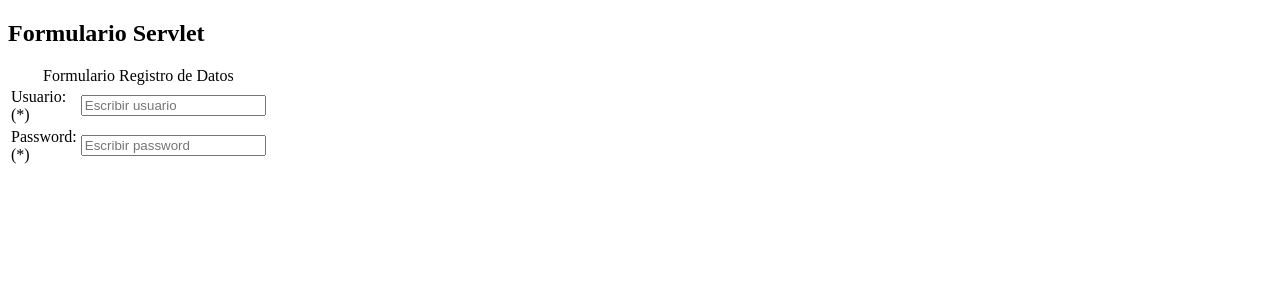
Repository: SRubiRosales/JavaBasico
Page: http://localhost/ManejoFormulariosHTML/
An editor plug-in stored every save of this project. The page is shown before and after the next save, followed by the edit.
The browser window is 1280 px wide. The pictures show the whole page.
The page is served by Tomcat 9.

Above is the page before, as saved 2022-04-25 22:17:56.

After the next save:
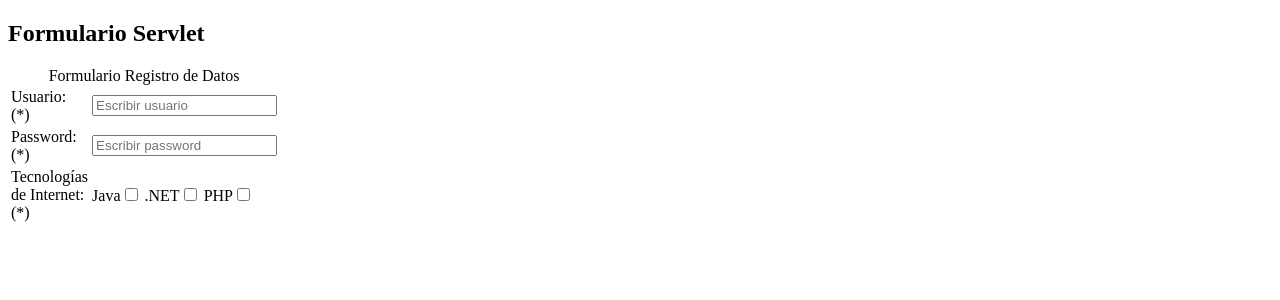
Saved 2 min 45 s later.
--- a/ManejoFormulariosHTML/src/main/webapp/index.jsp
+++ b/ManejoFormulariosHTML/src/main/webapp/index.jsp
@@ -24,6 +24,14 @@
 						<input class="default" type="password" name="password" placeholder="Escribir password"></input>
 					</td>
 				</tr>
+				<tr>
+					<td class="columna">Tecnologías de Internet: (*)</td>
+					<td>
+						<span>Java<input type="checkbox" name="tecnologia" value="java"/></span>
+						<span>.NET<input type="checkbox" name="tecnologia" value="net"/></span>
+						<span>PHP<input type="checkbox" name="tecnologia" value="php"/></span>
+					</td>
+				</tr>
 			</table>
 		</form>
 	</body>
